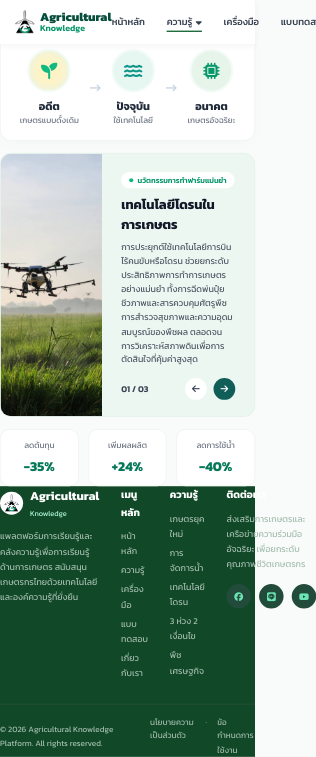
Repository: nuwat-wa/Project-WebdesignAG
Page: ag4.html
An editor plug-in stored every save of this project. The page is shown before and after the next save, followed by the edit.
The browser window is 375 px wide. The page is 465 px wide, then 375 px, then 465 px, so the pictures cover 465 px, including what lies to the right of the window. The pictures show the whole page, at 68% of full size.

Above is the page before, as saved 2026-10-03 21:33:46.

After the next save:
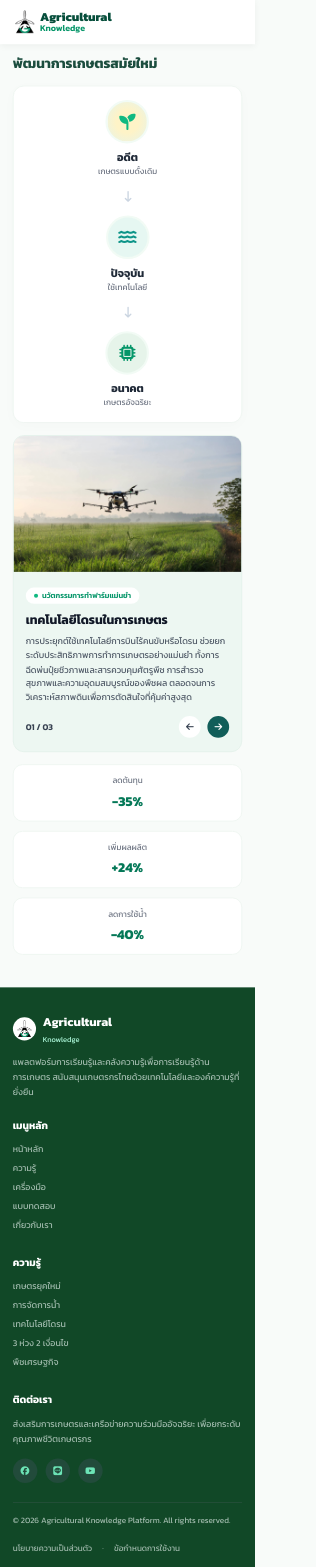
Saved 19 s later.
--- a/style/ag4.css
+++ b/style/ag4.css
@@ -5,6 +5,10 @@
   padding: 0;
   box-sizing: border-box;
   font-family: "Kanit", sans-serif;
+}
+
+:root {
+  --gutter: 5%;
 }
 
 html {
@@ -548,3 +552,136 @@
   display: flex;
   gap: 15px;
 }
+
+/* responsive */
+@media (max-width: 992px) {
+  .hamburger {
+    display: flex;
+  }
+
+  .nav-links {
+    position: absolute;
+    top: 60px;
+    left: 0;
+    width: 100%;
+    padding: 15px var(--gutter);
+    display: none;
+    flex-direction: column;
+    align-items: stretch;
+    background: #fff;
+    box-shadow: 0 5px 10px rgba(0, 0, 0, 0.08);
+  }
+
+  .menu-toggle:checked ~ .nav-links {
+    display: flex;
+  }
+
+  .nav-links > a,
+  .dropdown-btn {
+    width: 100%;
+    margin: 0;
+    padding: 12px 5px;
+  }
+
+  .dropdown-hover {
+    width: 100%;
+  }
+
+  .menu-level1,
+  .menu-level2 {
+    position: static;
+    width: 100%;
+    box-shadow: none;
+    border-radius: 0;
+  }
+
+  .dropdown-hover:hover > .menu-level1,
+  .menu-item-has-children:hover > .menu-level2 {
+    display: block;
+  }
+}
+
+/* tablet */
+@media (max-width: 768px) {
+  .timeline-card {
+    flex-direction: column;
+    gap: 16px;
+  }
+
+  .timeline-arrow {
+    transform: rotate(90deg);
+  }
+
+  .feature-card {
+    flex-direction: column;
+    min-height: 0;
+  }
+
+  .feature-image {
+    flex: none;
+    height: 200px;
+  }
+
+  .stats-grid {
+    grid-template-columns: repeat(3, 1fr);
+  }
+
+  .footer-top {
+    flex-wrap: wrap;
+    gap: 24px;
+  }
+
+  .footer-about,
+  .footer-column,
+  .footer-contact {
+    flex: 1 1 45%;
+  }
+}
+
+/* mobile */
+@media (max-width: 480px) {
+  .agri-container {
+    padding-top: 78px;
+    padding-left: var(--gutter);
+    padding-right: var(--gutter);
+  }
+
+  .main-heading {
+    font-size: 20px;
+  }
+
+  .timeline-card {
+    padding: 20px 15px;
+  }
+
+  .feature-content {
+    padding: 20px 18px;
+  }
+
+  .feature-title {
+    font-size: 18px;
+  }
+
+  .stats-grid {
+    grid-template-columns: 1fr;
+  }
+
+  .footer-top {
+    flex-direction: column;
+  }
+
+  .footer-about,
+  .footer-column,
+  .footer-contact {
+    flex: 1 1 100%;
+  }
+
+  .footer-bottom {
+    flex-direction: column;
+    align-items: flex-start;
+  }
+
+  .footer-policy {
+    flex-wrap: wrap;
+  }
+}

After the save that followed:
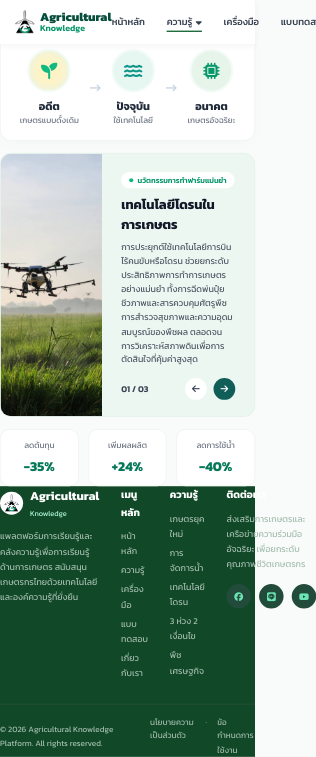
Saved 20 s later.
--- a/style/ag4.css
+++ b/style/ag4.css
@@ -5,10 +5,6 @@
   padding: 0;
   box-sizing: border-box;
   font-family: "Kanit", sans-serif;
-}
-
-:root {
-  --gutter: 5%;
 }
 
 html {
@@ -552,136 +548,3 @@
   display: flex;
   gap: 15px;
 }
-
-/* responsive */
-@media (max-width: 992px) {
-  .hamburger {
-    display: flex;
-  }
-
-  .nav-links {
-    position: absolute;
-    top: 60px;
-    left: 0;
-    width: 100%;
-    padding: 15px var(--gutter);
-    display: none;
-    flex-direction: column;
-    align-items: stretch;
-    background: #fff;
-    box-shadow: 0 5px 10px rgba(0, 0, 0, 0.08);
-  }
-
-  .menu-toggle:checked ~ .nav-links {
-    display: flex;
-  }
-
-  .nav-links > a,
-  .dropdown-btn {
-    width: 100%;
-    margin: 0;
-    padding: 12px 5px;
-  }
-
-  .dropdown-hover {
-    width: 100%;
-  }
-
-  .menu-level1,
-  .menu-level2 {
-    position: static;
-    width: 100%;
-    box-shadow: none;
-    border-radius: 0;
-  }
-
-  .dropdown-hover:hover > .menu-level1,
-  .menu-item-has-children:hover > .menu-level2 {
-    display: block;
-  }
-}
-
-/* tablet */
-@media (max-width: 768px) {
-  .timeline-card {
-    flex-direction: column;
-    gap: 16px;
-  }
-
-  .timeline-arrow {
-    transform: rotate(90deg);
-  }
-
-  .feature-card {
-    flex-direction: column;
-    min-height: 0;
-  }
-
-  .feature-image {
-    flex: none;
-    height: 200px;
-  }
-
-  .stats-grid {
-    grid-template-columns: repeat(3, 1fr);
-  }
-
-  .footer-top {
-    flex-wrap: wrap;
-    gap: 24px;
-  }
-
-  .footer-about,
-  .footer-column,
-  .footer-contact {
-    flex: 1 1 45%;
-  }
-}
-
-/* mobile */
-@media (max-width: 480px) {
-  .agri-container {
-    padding-top: 78px;
-    padding-left: var(--gutter);
-    padding-right: var(--gutter);
-  }
-
-  .main-heading {
-    font-size: 20px;
-  }
-
-  .timeline-card {
-    padding: 20px 15px;
-  }
-
-  .feature-content {
-    padding: 20px 18px;
-  }
-
-  .feature-title {
-    font-size: 18px;
-  }
-
-  .stats-grid {
-    grid-template-columns: 1fr;
-  }
-
-  .footer-top {
-    flex-direction: column;
-  }
-
-  .footer-about,
-  .footer-column,
-  .footer-contact {
-    flex: 1 1 100%;
-  }
-
-  .footer-bottom {
-    flex-direction: column;
-    align-items: flex-start;
-  }
-
-  .footer-policy {
-    flex-wrap: wrap;
-  }
-}
